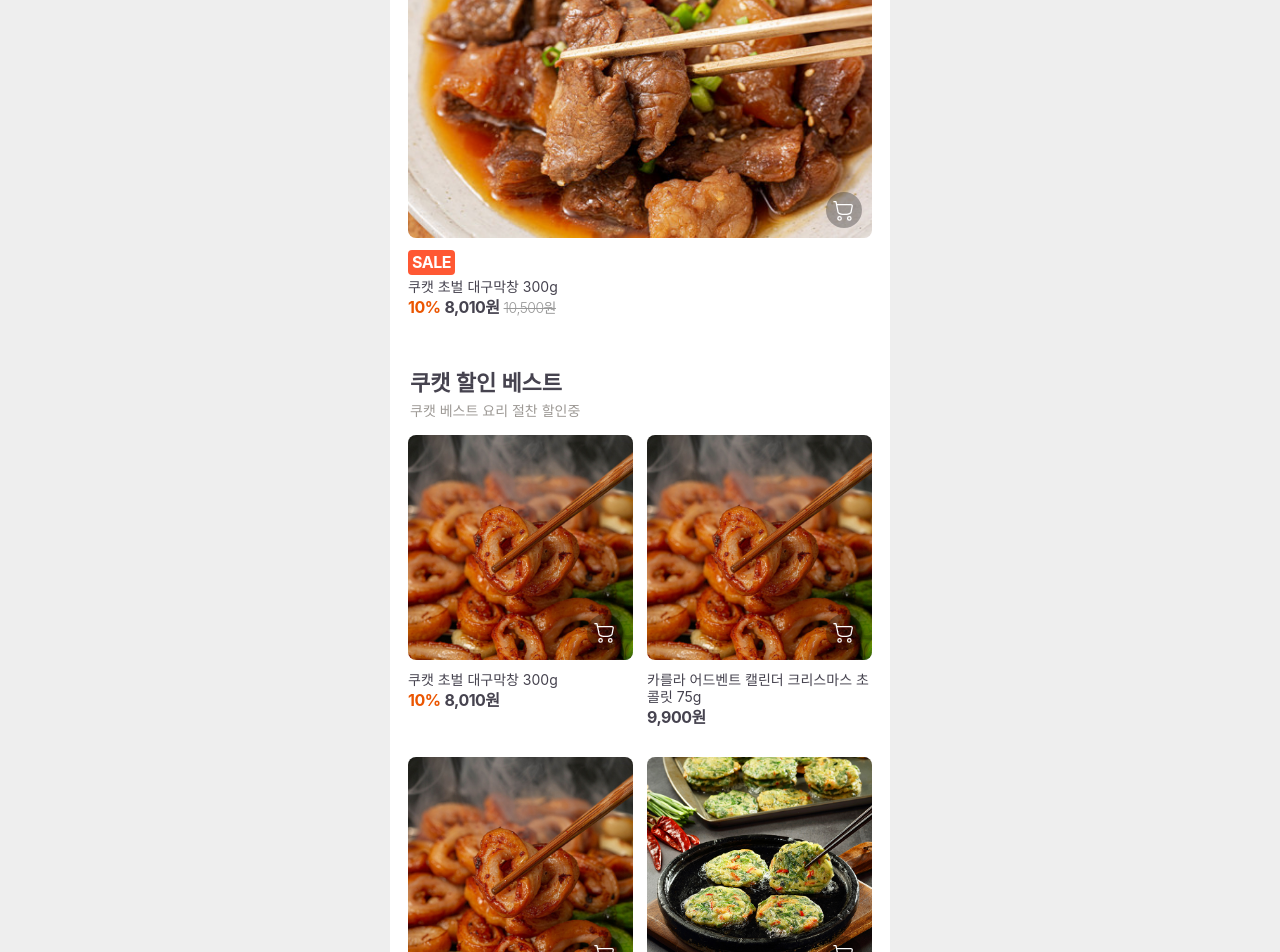
Repository: CooKat/Cookat
Page: specialPrice.html
An editor plug-in stored every save of this project. The page is shown before and after the next save, followed by the edit.
The browser window is 1280 px wide. The pictures show the part of the page from y = 3911 to 4863 px (the page is 5830 px tall before and 5832 px after).
A picture or video elsewhere on the page could not be fetched, so the positions and the page height are approximate. Some web fonts or font styles are not loaded; a fallback is used.

Above is the page before, as saved 2022-12-29 16:43:17.
Not found: css/responsive.css
Not found: js/ex1.js

After the next save:
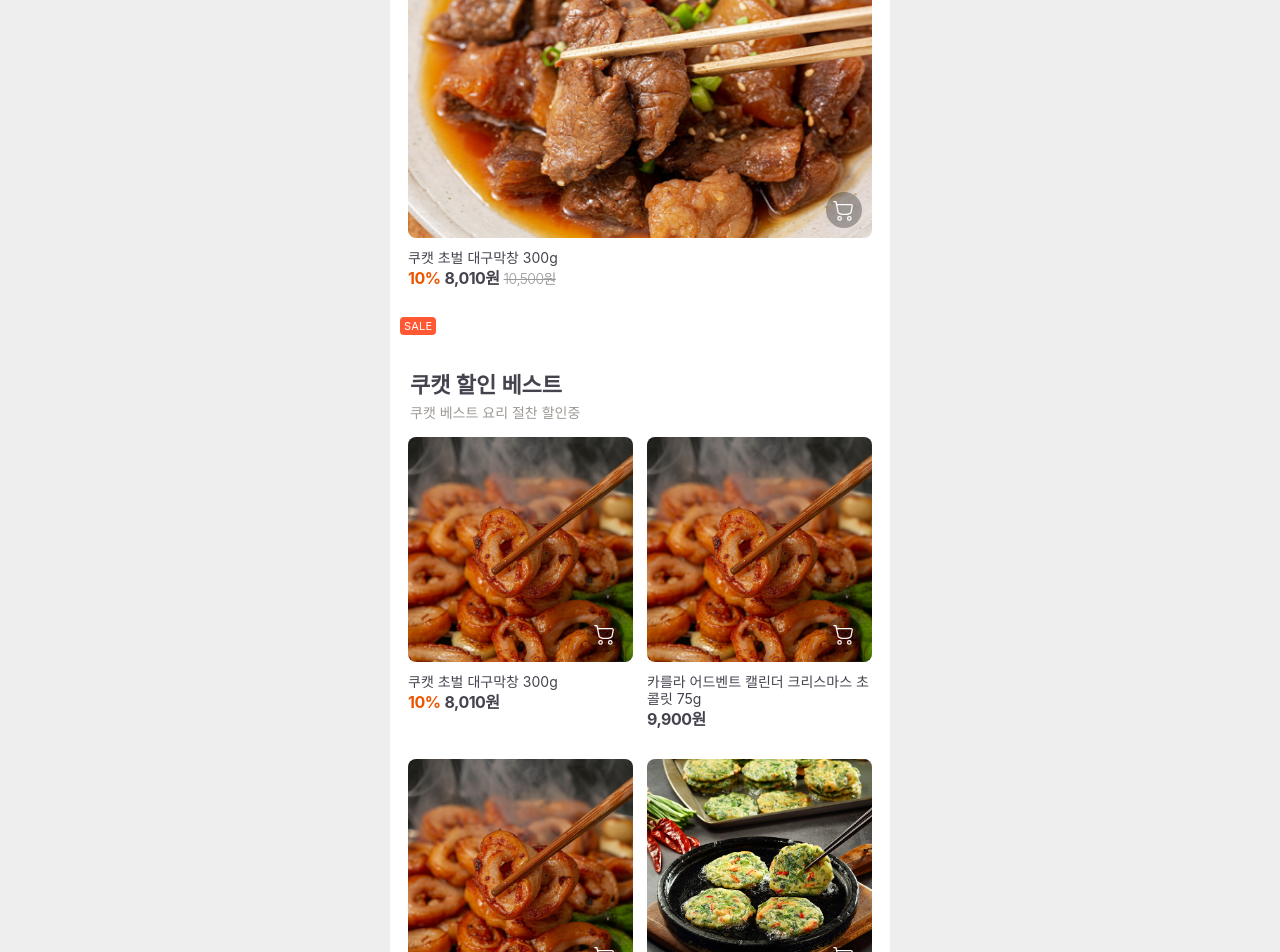
Saved 47 s later.
--- a/specialPrice.html
+++ b/specialPrice.html
@@ -344,7 +344,6 @@
                   </button>
                 </div>
                 <div class="prd-info">
-                  <p class="sale">SALE</p>
                   <h2><a href="/">쿠캣 초벌 대구막창 300g</a></h2>
                   <em class="discount-rate"
                     ><span class="a11y-hidden">할인률</span>10%</em
@@ -359,6 +358,7 @@
           </section>
           <!-- 쿠캣 할인 베스트 -->
           <section class="prd-list">
+            <p class="sale">SALE</p>
             <h2 class="product-title">쿠캣 할인 베스트</h2>
             <p class="prd-sub-text">쿠캣 베스트 요리 절찬 할인중</p>
             <ul class="grid2">
